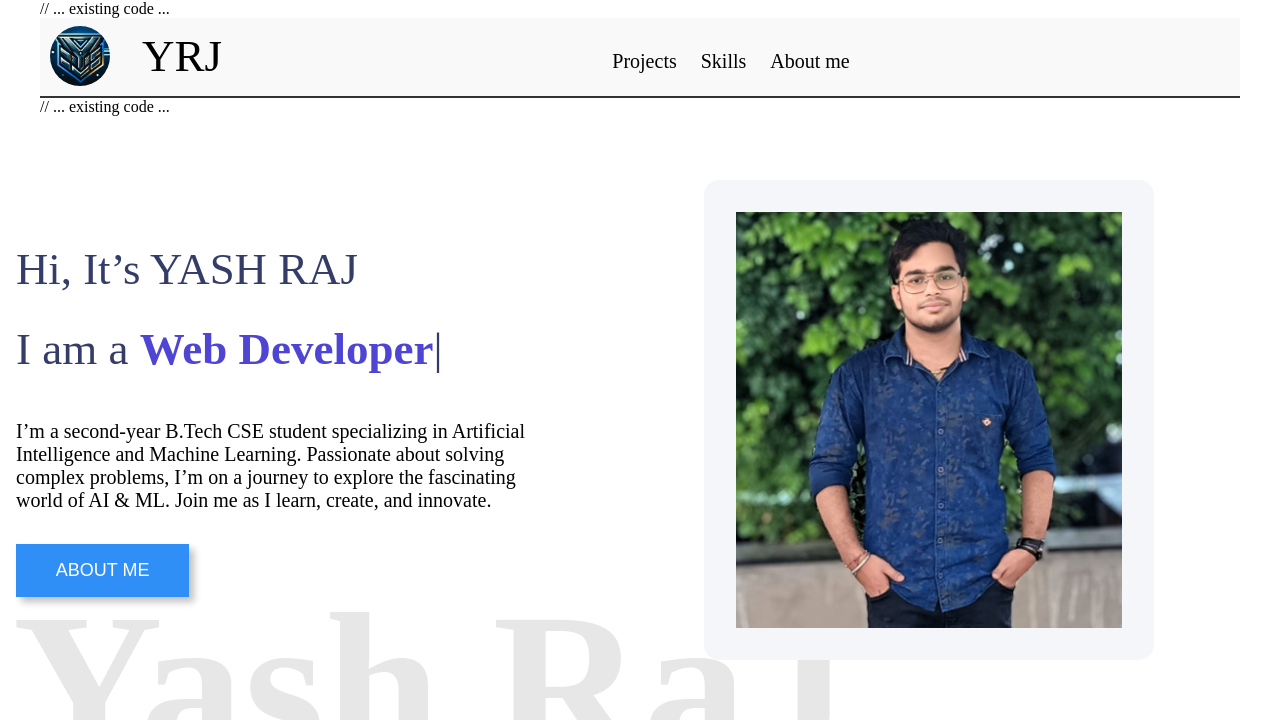
Repository: yrajha18/PeerShelf
Page: Desktop/WEB DEV/Portfolio/index.html
The author's editor kept a copy of each file at every save. The page is drawn from the files as they stood at one save, then again after the next save.
The browser window is 1280 px wide. The pictures show the whole page.
An inner scrolling area shows only its first screen. Some web libraries are served in a nearby version.

Above is the page before, as saved 2024-09-19 00:17:38.

### Desktop/WEB DEV/Portfolio/index.html
<!DOCTYPE html>
<html lang="en">
<head>
    <meta charset="UTF-8">
    <meta name="viewport" content="width=device-width, initial-scale=1.0">
    <title>Personal Website-YASH RAJ</title>
    <link rel="stylesheet" href="styles.css">
</head>
<body>

    <div id="wrapper">

        <div class="container">

            // ... existing code ...

<div class="navbar">
    <div class="logocontainer">
        <img src="./IMAGES/img.jpg" class="logo">
        <div class="logo-text">YRJ</div>
    </div>
    <div class="nav-items">
        <div><a href="#Projects">Projects</a></div>
        <div><a href="#Skills">Skills</a></div>
        <div><a onclick="window.location.href='about.html'">About me</a></div>
    </div>
    <div class="hamburger-menu">
        <div class="bar"></div>
        <div class="bar"></div>
        <div class="bar"></div>
    </div>
</div>

// ... existing code ...

        </div>

        <div class="hero-section">
            <div class="faded-text">Yash RaJ</div>
            <div class="hero-section-left">
                <div class="hero-section-heading">
                    Hi, It’s YASH RAJ
                </div>
                <div class="hero-section-heading hero-section-subheading">
                    I am a <span class="role"></span>
                </div>
                <div class="hero-section-description">
                    I’m a second-year B.Tech CSE student specializing in Artificial Intelligence and Machine Learning.
                    Passionate about solving complex problems, I’m on a journey to explore the fascinating world of AI & ML.
                    Join me as I learn, create, and innovate.
                </div>
                <div>
                    <button class="btn-pink" id="btn" onclick="window.location.href='about.html'">
                        ABOUT ME
                    </button>

                </div>
            </div>
            <div class="hero-section-right">

                <div class="user-image-container">
                    <img src="./IMAGES/img2.jpg" alt="Image of Yash Raj" class="user-image" />
                </div>


            </div>
        </div>
<div id="Projects">
        <div class="Projects-section">
            <h2 class="Page-header">Projects</h2>
            <div class="Project-container">
                <div class="project-card" id="Project1">
                    <div class="project-number project-number-right">01</div>
                    <div class="project-content project-content-left">

                        <h2 class="Project-heading" style="font-size: 55px;">Personal Website</h2>
                            <p class="project-subheading"><B>Tech Stack Used:</B>
                                <li>HTML</li>
                                <li>CSS</li>
                                <li>JAVASCRIPT</li></p>
                            </p>
                            <div class="btn-grp">
                                <button class="btn-pink btn-Project"><a href="https://yashrajme.vercel.app/">Visit</a></button>
                                <!-- <a href=""><svg xmlns="http://www.w3.org/2000/svg" width="31" height="32" viewBox="0 0 496 512"><path fill="white" d="M165.9 397.4c0 2-2.3 3.6-5.2 3.6c-3.3.3-5.6-1.3-5.6-3.6c0-2 2.3-3.6 5.2-3.6c3-.3 5.6 1.3 5.6 3.6m-31.1-4.5c-.7 2 1.3 4.3 4.3 4.9c2.6 1 5.6 0 6.2-2s-1.3-4.3-4.3-5.2c-2.6-.7-5.5.3-6.2 2.3m44.2-1.7c-2.9.7-4.9 2.6-4.6 4.9c.3 2 2.9 3.3 5.9 2.6c2.9-.7 4.9-2.6 4.6-4.6c-.3-1.9-3-3.2-5.9-2.9M244.8 8C106.1 8 0 113.3 0 252c0 110.9 69.8 205.8 169.5 239.2c12.8 2.3 17.3-5.6 17.3-12.1c0-6.2-.3-40.4-.3-61.4c0 0-70 15-84.7-29.8c0 0-11.4-29.1-27.8-36.6c0 0-22.9-15.7 1.6-15.4c0 0 24.9 2 38.6 25.8c21.9 38.6 58.6 27.5 72.9 20.9c2.3-16 8.8-27.1 16-33.7c-55.9-6.2-112.3-14.3-112.3-110.5c0-27.5 7.6-41.3 23.6-58.9c-2.6-6.5-11.1-33.3 2.6-67.9c20.9-6.5 69 27 69 27c20-5.6 41.5-8.5 62.8-8.5s42.8 2.9 62.8 8.5c0 0 48.1-33.6 69-27c13.7 34.7 5.2 61.4 2.6 67.9c16 17.7 25.8 31.5 25.8 58.9c0 96.5-58.9 104.2-114.8 110.5c9.2 7.9 17 22.9 17 46.4c0 33.7-.3 75.4-.3 83.6c0 6.5 4.6 14.4 17.3 12.1C428.2 457.8 496 362.9 496 252C496 113.3 383.5 8 244.8 8M97.2 352.9c-1.3 1-1 3.3.7 5.2c1.6 1.6 3.9 2.3 5.2 1c1.3-1 1-3.3-.7-5.2c-1.6-1.6-3.9-2.3-5.2-1m-10.8-8.1c-.7 1.3.3 2.9 2.3 3.9c1.6 1 3.6.7 4.3-.7c.7-1.3-.3-2.9-2.3-3.9c-2-.6-3.6-.3-4.3.7m32.4 35.6c-1.6 1.3-1 4.3 1.3 6.2c2.3 2.3 5.2 2.6 6.5 1c1.3-1.3.7-4.3-1.3-6.2c-2.2-2.3-5.2-2.6-6.5-1m-11.4-14.7c-1.6 1-1.6 3.6 0 5.9s4.3 3.3 5.6 2.3c1.6-1.3 1.6-3.9 0-6.2c-1.4-2.3-4-3.3-5.6-2"/></svg></a> -->
                                <!-- <a href=""><svg xmlns="http://www.w3.org/2000/svg" width="32" height="32" viewBox="0 0 512 512"><path fill="white" d="M326.612 185.391c59.747 59.809 58.927 155.698.36 214.59c-.11.12-.24.25-.36.37l-67.2 67.2c-59.27 59.27-155.699 59.262-214.96 0c-59.27-59.26-59.27-155.7 0-214.96l37.106-37.106c9.84-9.84 26.786-3.3 27.294 10.606c.648 17.722 3.826 35.527 9.69 52.721c1.986 5.822.567 12.262-3.783 16.612l-13.087 13.087c-28.026 28.026-28.905 73.66-1.155 101.96c28.024 28.579 74.086 28.749 102.325.51l67.2-67.19c28.191-28.191 28.073-73.757 0-101.83c-3.701-3.694-7.429-6.564-10.341-8.569a16.04 16.04 0 0 1-6.947-12.606c-.396-10.567 3.348-21.456 11.698-29.806l21.054-21.055c5.521-5.521 14.182-6.199 20.584-1.731a152.5 152.5 0 0 1 20.522 17.197M467.547 44.449c-59.261-59.262-155.69-59.27-214.96 0l-67.2 67.2c-.12.12-.25.25-.36.37c-58.566 58.892-59.387 154.781.36 214.59a152.5 152.5 0 0 0 20.521 17.196c6.402 4.468 15.064 3.789 20.584-1.731l21.054-21.055c8.35-8.35 12.094-19.239 11.698-29.806a16.04 16.04 0 0 0-6.947-12.606c-2.912-2.005-6.64-4.875-10.341-8.569c-28.073-28.073-28.191-73.639 0-101.83l67.2-67.19c28.239-28.239 74.3-28.069 102.325.51c27.75 28.3 26.872 73.934-1.155 101.96l-13.087 13.087c-4.35 4.35-5.769 10.79-3.783 16.612c5.864 17.194 9.042 34.999 9.69 52.721c.509 13.906 17.454 20.446 27.294 10.606l37.106-37.106c59.271-59.259 59.271-155.699.001-214.959"/></svg></i></a> -->
                            </div>

                    </div>
                </div>

                <div class="project-card" id="project2">
                    <div class="project-number project-number-left">02</div>
                    <div class="project-content project-content-right">

                        <h2 class="project-heading">Form Validation</h2>
                        <p class="project-sub-heading"><B>Tech Stack Used:</B>
                            <li>HTML</li>
                            <li>CSS</li>
                            <li>JAVASCRIPT</li></p>
                        <div class="btn-group">
                            <button class="btn-pink btn-project"> <a href="https://github.com/yrajha18/form-validation?tab=readme-ov-file#form-validation-project">Read More </a></button>
                            <a href="https://github.com/yrajha18/form-validation"><svg xmlns="http://www.w3.org/2000/svg" width="31" height="32" viewBox="0 0 496 512"><path fill="white" d="M165.9 397.4c0 2-2.3 3.6-5.2 3.6c-3.3.3-5.6-1.3-5.6-3.6c0-2 2.3-3.6 5.2-3.6c3-.3 5.6 1.3 5.6 3.6m-31.1-4.5c-.7 2 1.3 4.3 4.3 4.9c2.6 1 5.6 0 6.2-2s-1.3-4.3-4.3-5.2c-2.6-.7-5.5.3-6.2 2.3m44.2-1.7c-2.9.7-4.9 2.6-4.6 4.9c.3 2 2.9 3.3 5.9 2.6c2.9-.7 4.9-2.6 4.6-4.6c-.3-1.9-3-3.2-5.9-2.9M244.8 8C106.1 8 0 113.3 0 252c0 110.9 69.8 205.8 169.5 239.2c12.8 2.3 17.3-5.6 17.3-12.1c0-6.2-.3-40.4-.3-61.4c0 0-70 15-84.7-29.8c0 0-11.4-29.1-27.8-36.6c0 0-22.9-15.7 1.6-15.4c0 0 24.9 2 38.6 25.8c21.9 38.6 58.6 27.5 72.9 20.9c2.3-16 8.8-27.1 16-33.7c-55.9-6.2-112.3-14.3-112.3-110.5c0-27.5 7.6-41.3 23.6-58.9c-2.6-6.5-11.1-33.3 2.6-67.9c20.9-6.5 69 27 69 27c20-5.6 41.5-8.5 62.8-8.5s42.8 2.9 62.8 8.5c0 0 48.1-33.6 69-27c13.7 34.7 5.2 61.4 2.6 67.9c16 17.7 25.8 31.5 25.8 58.9c0 96.5-58.9 104.2-114.8 110.5c9.2 7.9 17 22.9 17 46.4c0 33.7-.3 75.4-.3 83.6c0 6.5 4.6 14.4 17.3 12.1C428.2 457.8 496 362.9 496 252C496 113.3 383.5 8 244.8 8M97.2 352.9c-1.3 1-1 3.3.7 5.2c1.6 1.6 3.9 2.3 5.2 1c1.3-1 1-3.3-.7-5.2c-1.6-1.6-3.9-2.3-5.2-1m-10.8-8.1c-.7 1.3.3 2.9 2.3 3.9c1.6 1 3.6.7 4.3-.7c.7-1.3-.3-2.9-2.3-3.9c-2-.6-3.6-.3-4.3.7m32.4 35.6c-1.6 1.3-1 4.3 1.3 6.2c2.3 2.3 5.2 2.6 6.5 1c1.3-1.3.7-4.3-1.3-6.2c-2.2-2.3-5.2-2.6-6.5-1m-11.4-14.7c-1.6 1-1.6 3.6 0 5.9s4.3 3.3 5.6 2.3c1.6-1.3 1.6-3.9 0-6.2c-1.4-2.3-4-3.3-5.6-2"/></svg></a>
                            <a href=""><svg xmlns="http://www.w3.org/2000/svg" width="32" height="32" viewBox="0 0 512 512"><path fill="white" d="M326.612 185.391c59.747 59.809 58.927 155.698.36 214.59c-.11.12-.24.25-.36.37l-67.2 67.2c-59.27 59.27-155.699 59.262-214.96 0c-59.27-59.26-59.27-155.7 0-214.96l37.106-37.106c9.84-9.84 26.786-3.3 27.294 10.606c.648 17.722 3.826 35.527 9.69 52.721c1.986 5.822.567 12.262-3.783 16.612l-13.087 13.087c-28.026 28.026-28.905 73.66-1.155 101.96c28.024 28.579 74.086 28.749 102.325.51l67.2-67.19c28.191-28.191 28.073-73.757 0-101.83c-3.701-3.694-7.429-6.564-10.341-8.569a16.04 16.04 0 0 1-6.947-12.606c-.396-10.567 3.348-21.456 11.698-29.806l21.054-21.055c5.521-5.521 14.182-6.199 20.584-1.731a152.5 152.5 0 0 1 20.522 17.197M467.547 44.449c-59.261-59.262-155.69-59.27-214.96 0l-67.2 67.2c-.12.12-.25.25-.36.37c-58.566 58.892-59.387 154.781.36 214.59a152.5 152.5 0 0 0 20.521 17.196c6.402 4.468 15.064 3.789 20.584-1.731l21.054-21.055c8.35-8.35 12.094-19.239 11.698-29.806a16.04 16.04 0 0 0-6.947-12.606c-2.912-2.005-6.64-4.875-10.341-8.569c-28.073-28.073-28.191-73.639 0-101.83l67.2-67.19c28.239-28.239 74.3-28.069 102.325.51c27.75 28.3 26.872 73.934-1.155 101.96l-13.087 13.087c-4.35 4.35-5.769 10.79-3.783 16.612c5.864 17.194 9.042 34.999 9.69 52.721c.509 13.906 17.454 20.446 27.294 10.606l37.106-37.106c59.271-59.259 59.271-155.699.001-214.959"/></svg></a>
                        </div>
                    </div>
                </div>

                <div class="project-card" id="project3">
                    <div class="project-number project-number-left">03</div>
                    <div class="project-content project-content-left" style="margin-left: 100px;">

                        <h2 class="project-heading">Stopwatch</h2>
                        <p class="project-sub-heading"><B>Tech Stack Used:</B>
                            <li>HTML</li>
                            <li>CSS</li>
                            <li>JAVASCRIPT</li></p></p>
                        <div class="btn-group">
                            <button class="btn-pink btn-Project1"><a href="https://github.com/yrajha18/Simple-Stopwatch?tab=readme-ov-file#simple-stopwatch"> Read more </a></button>
                            <a href="https://github.com/yrajha18/Simple-Stopwatch"><svg xmlns="http://www.w3.org/2000/svg" width="31" height="32" viewBox="0 0 496 512"><path fill="white" d="M165.9 397.4c0 2-2.3 3.6-5.2 3.6c-3.3.3-5.6-1.3-5.6-3.6c0-2 2.3-3.6 5.2-3.6c3-.3 5.6 1.3 5.6 3.6m-31.1-4.5c-.7 2 1.3 4.3 4.3 4.9c2.6 1 5.6 0 6.2-2s-1.3-4.3-4.3-5.2c-2.6-.7-5.5.3-6.2 2.3m44.2-1.7c-2.9.7-4.9 2.6-4.6 4.9c.3 2 2.9 3.3 5.9 2.6c2.9-.7 4.9-2.6 4.6-4.6c-.3-1.9-3-3.2-5.9-2.9M244.8 8C106.1 8 0 113.3 0 252c0 110.9 69.8 205.8 169.5 239.2c12.8 2.3 17.3-5.6 17.3-12.1c0-6.2-.3-40.4-.3-61.4c0 0-70 15-84.7-29.8c0 0-11.4-29.1-27.8-36.6c0 0-22.9-15.7 1.6-15.4c0 0 24.9 2 38.6 25.8c21.9 38.6 58.6 27.5 72.9 20.9c2.3-16 8.8-27.1 16-33.7c-55.9-6.2-112.3-14.3-112.3-110.5c0-27.5 7.6-41.3 23.6-58.9c-2.6-6.5-11.1-33.3 2.6-67.9c20.9-6.5 69 27 69 27c20-5.6 41.5-8.5 62.8-8.5s42.8 2.9 62.8 8.5c0 0 48.1-33.6 69-27c13.7 34.7 5.2 61.4 2.6 67.9c16 17.7 25.8 31.5 25.8 58.9c0 96.5-58.9 104.2-114.8 110.5c9.2 7.9 17 22.9 17 46.4c0 33.7-.3 75.4-.3 83.6c0 6.5 4.6 14.4 17.3 12.1C428.2 457.8 496 362.9 496 252C496 113.3 383.5 8 244.8 8M97.2 352.9c-1.3 1-1 3.3.7 5.2c1.6 1.6 3.9 2.3 5.2 1c1.3-1 1-3.3-.7-5.2c-1.6-1.6-3.9-2.3-5.2-1m-10.8-8.1c-.7 1.3.3 2.9 2.3 3.9c1.6 1 3.6.7 4.3-.7c.7-1.3-.3-2.9-2.3-3.9c-2-.6-3.6-.3-4.3.7m32.4 35.6c-1.6 1.3-1 4.3 1.3 6.2c2.3 2.3 5.2 2.6 6.5 1c1.3-1.3.7-4.3-1.3-6.2c-2.2-2.3-5.2-2.6-6.5-1m-11.4-14.7c-1.6 1-1.6 3.6 0 5.9s4.3 3.3 5.6 2.3c1.6-1.3 1.6-3.9 0-6.2c-1.4-2.3-4-3.3-5.6-2"/></svg></a>
                            <a href=""><svg xmlns="http://www.w3.org/2000/svg" width="32" height="32" viewBox="0 0 512 512"><path fill="white" d="M326.612 185.391c59.747 59.809 58.927 155.698.36 214.59c-.11.12-.24.25-.36.37l-67.2 67.2c-59.27 59.27-155.699 59.262-214.96 0c-59.27-59.26-59.27-155.7 0-214.96l37.106-37.106c9.84-9.84 26.786-3.3 27.294 10.606c.648 17.722 3.826 35.527 9.69 52.721c1.986 5.822.567 12.262-3.783 16.612l-13.087 13.087c-28.026 28.026-28.905 73.66-1.155 101.96c28.024 28.579 74.086 28.749 102.325.51l67.2-67.19c28.191-28.191 28.073-73.757 0-101.83c-3.701-3.694-7.429-6.564-10.341-8.569a16.04 16.04 0 0 1-6.947-12.606c-.396-10.567 3.348-21.456 11.698-29.806l21.054-21.055c5.521-5.521 14.182-6.199 20.584-1.731a152.5 152.5 0 0 1 20.522 17.197M467.547 44.449c-59.261-59.262-155.69-59.27-214.96 0l-67.2 67.2c-.12.12-.25.25-.36.37c-58.566 58.892-59.387 154.781.36 214.59a152.5 152.5 0 0 0 20.521 17.196c6.402 4.468 15.064 3.789 20.584-1.731l21.054-21.055c8.35-8.35 12.094-19.239 11.698-29.806a16.04 16.04 0 0 0-6.947-12.606c-2.912-2.005-6.64-4.875-10.341-8.569c-28.073-28.073-28.191-73.639 0-101.83l67.2-67.19c28.239-28.239 74.3-28.069 102.325.51c27.75 28.3 26.872 73.934-1.155 101.96l-13.087 13.087c-4.35 4.35-5.769 10.79-3.783 16.612c5.864 17.194 9.042 34.999 9.69 52.721c.509 13.906 17.454 20.446 27.294 10.606l37.106-37.106c59.271-59.259 59.271-155.699.001-214.959"/></svg></a>
                        </div>
                    </div>
                </div>
            </div>
        </div>
    </div>


<div id="Skills" class="container skills-container">


    <div class="skills-left">
      <h2 class="skills-title">Soft Skills</h2>
      <div class="skills-content">
        <div class="skill-category">
          <ul>
            <li>Problem-Solving Mindset</li>
            <li>Project Management</li>
            <li>Critical Thinking</li>
            <li>Leadership</li>
            <li>Communication Skills</li>
          </ul>
        </div>
      </div>
    </div>


    <div class="skills-right">
      <h2 class="skills-title">Tech Stack</h2>
      <div class="skills-content">
        <div class="skill-category">
          <b>Frontend:</b>
          <ul>
            <li>HTML & CSS</li>
            <li>JavaScript</li>
          </ul>
        </div>
        <div class="skill-category">
          <b>Programming Languages:</b>
          <ul>
            <li>C</li>
            <li>Python</li>
          </ul>
        </div>
        <div class="skill-category">
          <b>Version Control:</b>
          <ul>
            <li>Git & GitHub</li>
          </ul>
        </div>
        <div class="skill-category">
          <b>Database:</b>
          <ul>
            <li>MySQL</li>
            <li>Mongodb</li>
          </ul>
        </div>
      </div>
    </div>

  </div>


        <div id="Contact_me" style="display: flex; align-items: center; justify-content: center; flex-direction: column;">
           <div class="social-links">
                <div> <p style=" margin-bottom: 10px; text-align: center; margin-right: 30px;"><strong>&copy; YRJ</strong></p> </div>

                <a href="mailto:yaraj9773@gmail.com" target="_blank" class="social-icon">Gmail</a>
                <a href="https://www.linkedin.com/in/yashraj18/" target="_blank" class="social-icon">LinkedIn</a>
                <a href="https://github.com/yrajha18" target="_blank" class="social-icon">GitHub</a>
            </div>
        </div>





        <script src="https://cdn.jsdelivr.net/npm/typed.js@2.0.12"></script>
        <script src="https://kit.fontawesome.com/58a810656e.js" crossorigin="anonymous"></script>
        <script>
            var typeData = new Typed(".role", {
                strings: [
                    "Programmer",
                    "Web Developer",
                    "Frontend Developer",
                    "Backend Developer",
                    "Full Stack Developer"
                ],
                loop: true,
                typeSpeed: 100,
                backSpeed: 80,
                backDelay: 900,
            });
        </script>

    </div>

    <script src="script.js"></script>
</body>
</html>

Loaded but not shown: Desktop/WEB DEV/Portfolio/styles.css (669 lines, source omitted); Desktop/WEB DEV/Portfolio/script.js (no stored copy; drawn as an empty file)

After the next save:
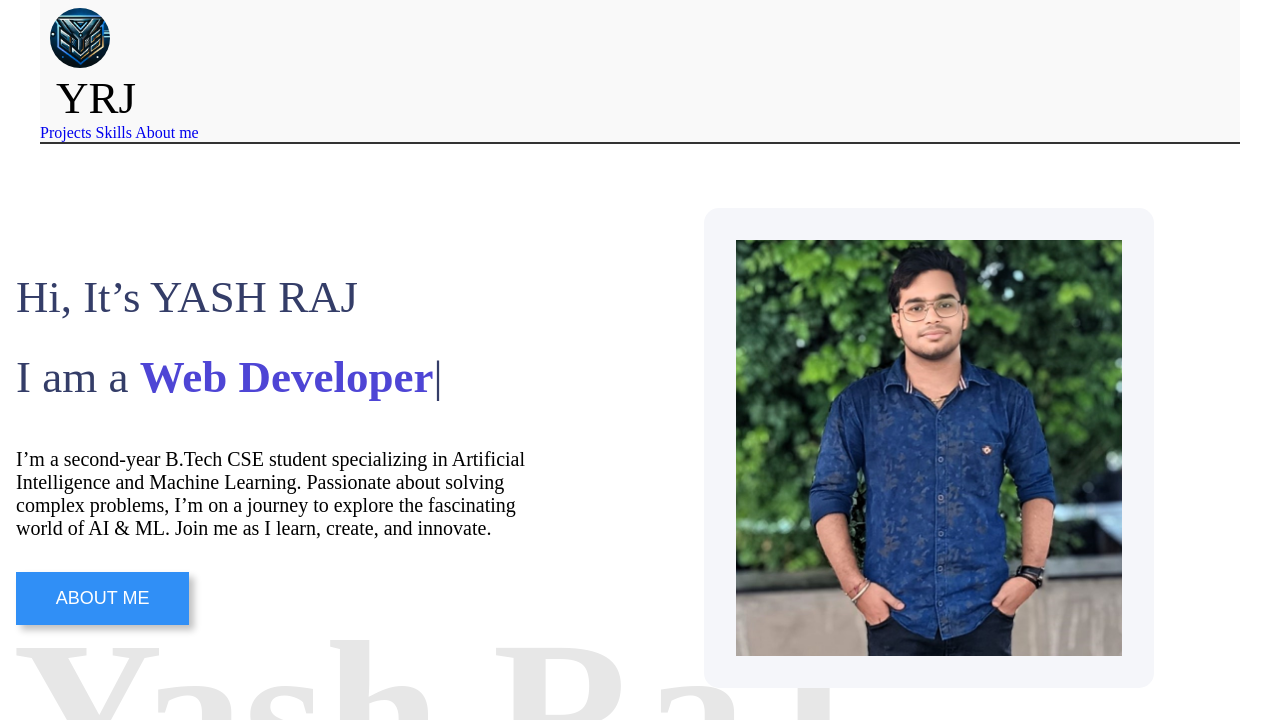
Saved 79 s later.
--- a/Desktop/WEB DEV/Portfolio/index.html
+++ b/Desktop/WEB DEV/Portfolio/index.html
@@ -12,26 +12,28 @@
 
         <div class="container">
 
-            // ... existing code ...
-
-<div class="navbar">
-    <div class="logocontainer">
-        <img src="./IMAGES/img.jpg" class="logo">
-        <div class="logo-text">YRJ</div>
-    </div>
-    <div class="nav-items">
-        <div><a href="#Projects">Projects</a></div>
-        <div><a href="#Skills">Skills</a></div>
-        <div><a onclick="window.location.href='about.html'">About me</a></div>
-    </div>
-    <div class="hamburger-menu">
-        <div class="bar"></div>
-        <div class="bar"></div>
-        <div class="bar"></div>
-    </div>
-</div>
-
-// ... existing code ...
+
+
+            <nav class="navbar">
+                <div class="container">
+                    <div class="logo-container">
+                        <img src="./IMAGES/img.jpg" alt="YRJ Logo" class="logo">
+                        <div class="logo-text">YRJ</div>
+                    </div>
+                    <div class="nav-links">
+                        <a href="#Projects">Projects</a>
+                        <a href="#Skills">Skills</a>
+                        <a href="about.html">About me</a>
+                    </div>
+                    <div class="hamburger-menu">
+                        <span></span>
+                        <span></span>
+                        <span></span>
+                    </div>
+                </div>
+            </nav>
+
+
 
         </div>
 
